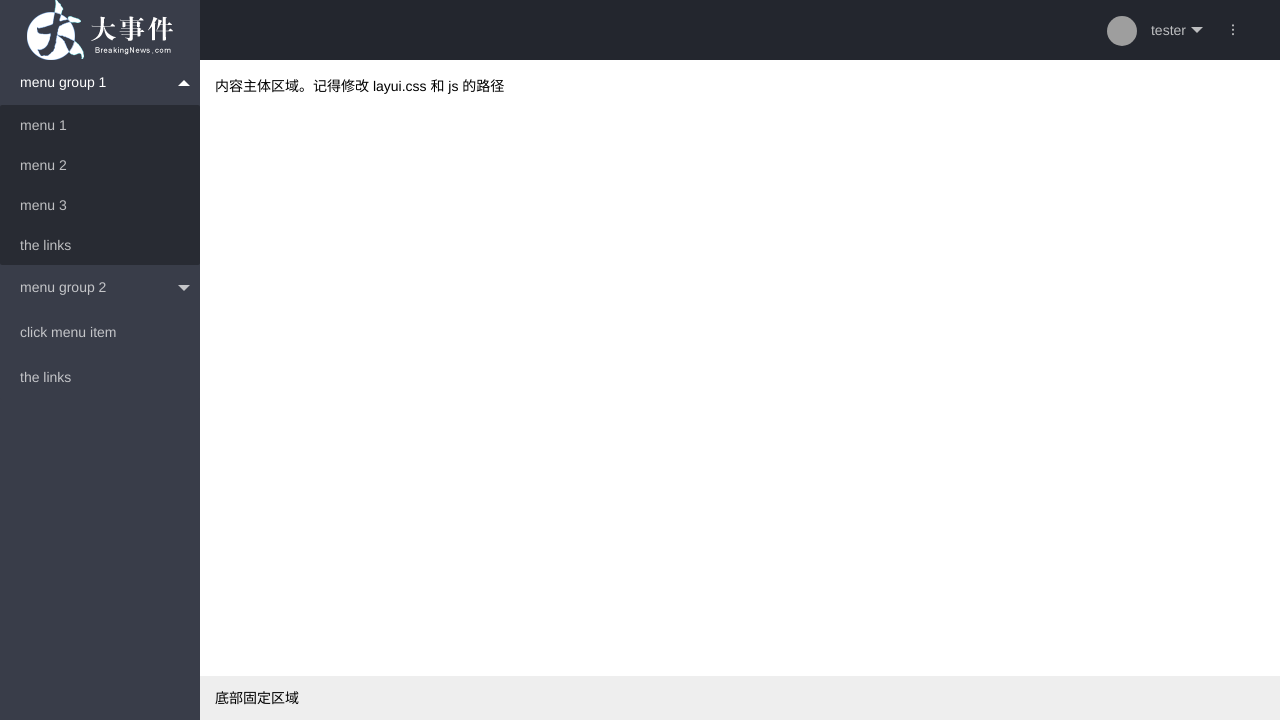
Repository: R1Deemo/Main-project
Page: index.html
An editor plug-in stored every save of this project. The page is shown before and after the next save, followed by the edit.
The browser window is 1280 px wide. The pictures show the whole page.
Pictures or frames that could not be fetched are drawn as grey boxes.

Above is the page before, as saved 2022-10-30 17:12:12.

### index.html
<!DOCTYPE html>
<html>

<head>
    <meta charset="utf-8">
    <meta name="viewport" content="width=device-width, initial-scale=1, maximum-scale=1">
    <title>layout 管理系统大布局 - Layui</title>
    <link rel="stylesheet" href="/assets/lib/layui/css/layui.css">
    <link rel="stylesheet" href="/assets/css/index.css">
</head>

<body>
    <div class="layui-layout layui-layout-admin">
        <div class="layui-header">
            <div class="layui-logo layui-hide-xs layui-bg-black" id="logo"></div>
            <!-- 头部区域（可配合layui 已有的水平导航） -->
            <ul class="layui-nav layui-layout-left">
                <!-- 移动端显示 -->
                <li class="layui-nav-item layui-show-xs-inline-block layui-hide-sm" lay-header-event="menuLeft">
                    <i class="layui-icon layui-icon-spread-left"></i>
                </li>


                <li class="layui-nav-item">

                    <dl class="layui-nav-child">
                        <dd><a href="">menu 11</a></dd>
                        <dd><a href="">menu 22</a></dd>
                        <dd><a href="">menu 33</a></dd>
                    </dl>
                </li>
            </ul>
            <ul class="layui-nav layui-layout-right">
                <li class="layui-nav-item layui-hide layui-show-md-inline-block">
                    <a href="javascript:;">
                        <img src="//tva1.sinaimg.cn/crop.0.0.118.118.180/5db11ff4gw1e77d3nqrv8j203b03cweg.jpg" class="layui-nav-img"> tester
                    </a>
                    <dl class="layui-nav-child">
                        <dd><a href="">Your Profile</a></dd>
                        <dd><a href="">Settings</a></dd>
                        <dd><a href="">退出登录</a></dd>
                    </dl>
                </li>
                <li class="layui-nav-item" lay-header-event="menuRight" lay-unselect>
                    <a href="javascript:;">
                        <i class="layui-icon layui-icon-more-vertical"></i>
                    </a>
                </li>
            </ul>
        </div>

        <div class="layui-side layui-bg-black">
            <div class="layui-side-scroll">
                <!-- 左侧导航区域（可配合layui已有的垂直导航） -->
                <ul class="layui-nav layui-nav-tree" lay-filter="test">
                    <li class="layui-nav-item layui-nav-itemed">
                        <a class="" href="javascript:;">menu group 1</a>
                        <dl class="layui-nav-child">
                            <dd><a href="javascript:;">menu 1</a></dd>
                            <dd><a href="javascript:;">menu 2</a></dd>
                            <dd><a href="javascript:;">menu 3</a></dd>
                            <dd><a href="">the links</a></dd>
                        </dl>
                    </li>
                    <li class="layui-nav-item">
                        <a href="javascript:;">menu group 2</a>
                        <dl class="layui-nav-child">
                            <dd><a href="javascript:;">list 1</a></dd>
                            <dd><a href="javascript:;">list 2</a></dd>
                            <dd><a href="">超链接</a></dd>
                        </dl>
                    </li>
                    <li class="layui-nav-item"><a href="javascript:;">click menu item</a></li>
                    <li class="layui-nav-item"><a href="">the links</a></li>
                </ul>
            </div>
        </div>

        <div class="layui-body">
            <!-- 内容主体区域 -->
            <div style="padding: 15px;">内容主体区域。记得修改 layui.css 和 js 的路径</div>
        </div>

        <div class="layui-footer">
            <!-- 底部固定区域 -->
            底部固定区域
        </div>
    </div>
    <script src="/assets/lib/layui/layui.all.js"></script>

</body>

</html>

### assets/css/index.css
#logo {
    background: url(/assets/images/logo.png) no-repeat center;
}

Loaded but not shown: assets/lib/layui/css/layui.css (library); assets/lib/layui/layui.all.js (library); assets/lib/layui/css/modules/laydate/default/laydate.css (library); assets/lib/layui/css/modules/layer/default/layer.css (library); assets/lib/layui/css/modules/code.css (common file)

After the next save:
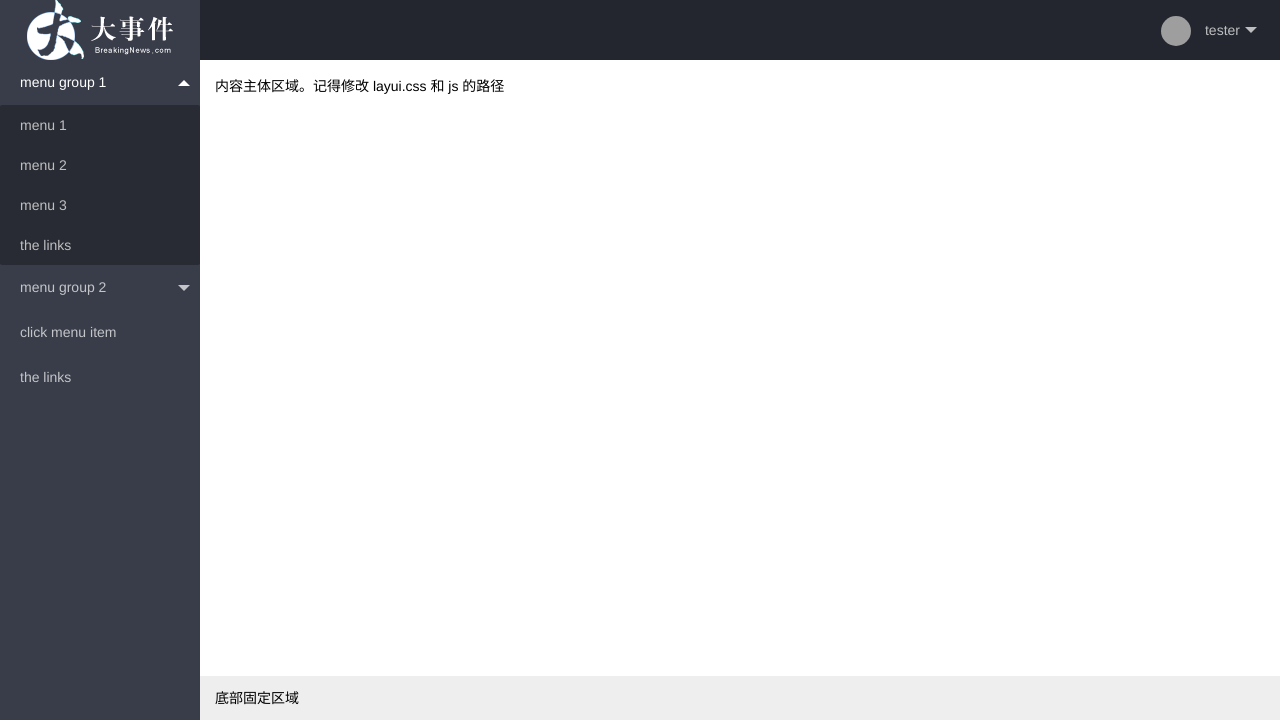
Saved 30 s later.
--- a/index.html
+++ b/index.html
@@ -41,11 +41,11 @@
                         <dd><a href="">退出登录</a></dd>
                     </dl>
                 </li>
-                <li class="layui-nav-item" lay-header-event="menuRight" lay-unselect>
+                <!-- <li class="layui-nav-item" lay-header-event="menuRight" lay-unselect>
                     <a href="javascript:;">
                         <i class="layui-icon layui-icon-more-vertical"></i>
                     </a>
-                </li>
+                </li> -->
             </ul>
         </div>
 
